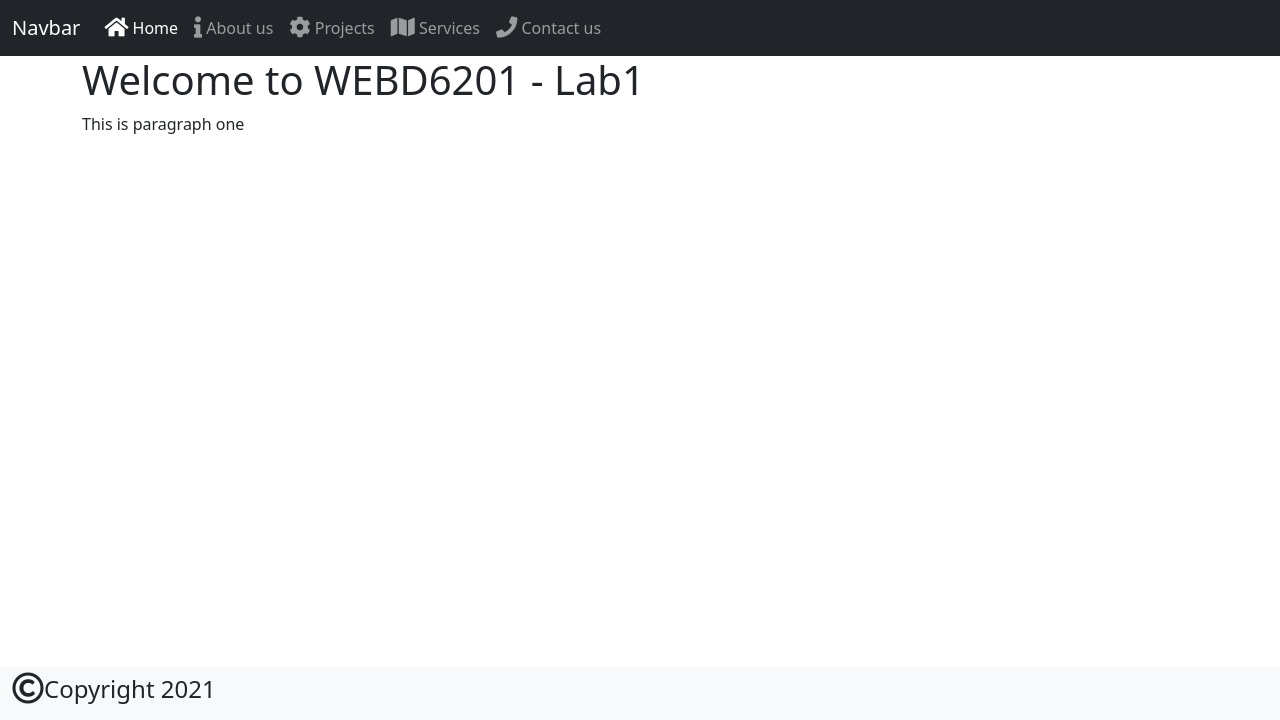
Repository: Hasib001/WEBD6201---W2021---ICE-1
Page: Services.html
The author's editor kept a copy of each file at every save. The page is drawn from the files as they stood at one save, then again after the next save.
The browser window is 1280 px wide. The pictures show the whole page.

Above is the page before, as saved 2021-02-06 14:21:31.

### Services.html
<!DOCTYPE html>
<html lang="en">
<head>
    <meta charset="UTF-8">
    <meta name="viewport" content="width=device-width, initial-scale=1.0">
    <title>WEBD6201 - W2021 - ICE 1</title>
    <!--CSS Section -->
    <link rel="stylesheet" href="./node_modules/bootstrap/dist/css/bootstrap.min.css">
    <link rel="stylesheet" href="./node_modules/@fortawesome/fontawesome-free/css/all.css">
    <link rel="stylesheet" href="./Content/app.css" >
</head>
<body>

    <header>
        <nav class="navbar navbar-expand-lg navbar-dark bg-dark">
            <div class="container-fluid">
              <a class="navbar-brand" href="#">Navbar</a>
              <button class="navbar-toggler" type="button" data-bs-toggle="collapse" data-bs-target="#navbarSupportedContent" aria-controls="navbarSupportedContent" aria-expanded="false" aria-label="Toggle navigation">
                <span class="navbar-toggler-icon"></span>
              </button>
              <div class="collapse navbar-collapse" id="navbarSupportedContent">
                <ul class="navbar-nav me-auto mb-2 mb-lg-0">
                  <li class="nav-item">
                    <a class="nav-link active" aria-current="page" href="#"><i class="fas fa-home fa-lg"></i> Home</a>
                  </li>

                  <li class="nav-item">
                    <a class="nav-link" aria-current="page" href="#"><i class="fas fa-info fa-lg"></i> About us</a>
                  </li>

                  <li class="nav-item">
                    <a class="nav-link" aria-current="page" href="#"><i class="fas fa-cog fa-lg"></i> Projects</a>
                  </li>

                  <li class="nav-item">
                    <a class="nav-link" aria-current="page" href="#"><i class="fas fa-map fa-lg"></i> Services</a>
                  </li>

                  <li class="nav-item">
                    <a class="nav-link" aria-current="page" href="#"><i class="fas fa-phone fa-lg"></i> Contact us</a>
                  </li>

                </ul>

              </div>
            </div>
          </nav>

    </header>

    <div>
        <main class="container">
            <h1>Welcome to WEBD 6201</h1>
            <p id="paragraphOne"></p>
        </main>
    </div>

    <footer>
        <nav class="navbar fixed-bottom navbar-light bg-light">
            <div class="container-fluid">
              <h4><i class="far fa-copyright fa-lg"></i>Copyright 2021</h4>
            </div>
          </nav>

    </footer>


    <!--JAvascript section-->
    <script src="./node_modules/jquery/dist/jquery.min.js"></script>
    <script src="./node_modules/bootstrap/dist/js/bootstrap.bundle.min.js"></script>
    <script src="./Scripts/app.js" > </script>

</body>
</html>

### Content/app.css
/* css code goes here */

### Scripts/app.js
/* custom javaScript code goes here */

//IIFE - Immediately Invoked Function Expression
//AKA
//closure

"use strict";

(function()
{
    function Start()
    {
        console.log("App Started...");
        let paragraphOneText ="This is a simple site to demonstrate DOM Manipulation for ICE 1";

        let paragraphOneElement=document.getElementById("paragraphOne");

        paragraphOneElement.textContent=paragraphOneText;
        paragraphOneElement.className="fs-5";

        //step 1. document.create element
        let newParagraph = document.createElement("p");
        //step 2. configure element
        newParagraph.setAttribute("id","paragraphTwo");
        newParagraph.textContent="...and this is paragraph two";

        //step 3. select the parent element
        let mainContent = document.getElementsByTagName("main")[0];

        //step 4. Add/Insert the element
        mainContent.appendChild(newParagraph);

        newParagraph.className="fs-6";




        let paragraphDiv = document.createElement('div');
        let paragraphThree = '<p id="paragraphThree" class="fs-7 fw-bold">this is third paragraph</P>';
         paragraphDiv.innerHTML=paragraphThree;


        //insertion before paragraph
        //newParagraph.before(paragraphDiv);


        //insertion after
        newParagraph.after(paragraphDiv);

        //deletion
        //paragraphOneElement.remove();

        //update
        //mainContent.firstElementChild.textContent = "welcome home!";

        mainContent.innerHTML =
        `<h1 id="firstHeading" >Welcome to WEBD6201 - Lab1 </h1>
        <p id="paragraphOne">This is paragraph one</p>
        `








    }

    window.addEventListener("load",Start);
}

)();

Loaded but not shown: node_modules/bootstrap/dist/css/bootstrap.min.css (library); node_modules/@fortawesome/fontawesome-free/css/all.css (library); node_modules/jquery/dist/jquery.min.js (library); node_modules/bootstrap/dist/js/bootstrap.bundle.min.js (library)

After the next save:
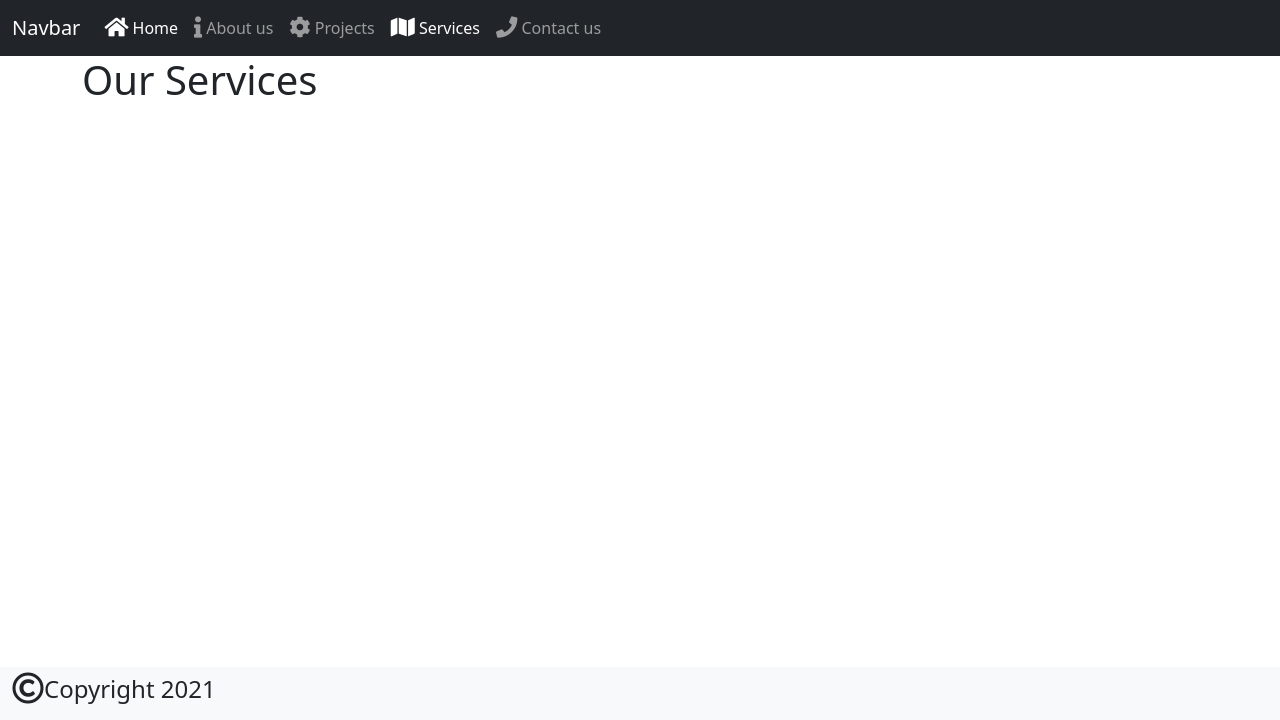
Console error: TypeError: Cannot set properties of null (setting 'textContent')
Saved 7 min 23 s later.
--- a/Services.html
+++ b/Services.html
@@ -3,14 +3,14 @@
 <head>
     <meta charset="UTF-8">
     <meta name="viewport" content="width=device-width, initial-scale=1.0">
-    <title>WEBD6201 - W2021 - ICE 1</title>
+    <title>Services</title>
     <!--CSS Section -->
     <link rel="stylesheet" href="./node_modules/bootstrap/dist/css/bootstrap.min.css">
     <link rel="stylesheet" href="./node_modules/@fortawesome/fontawesome-free/css/all.css">
     <link rel="stylesheet" href="./Content/app.css" >
 </head>
 <body>
-
+  <!-- navigation-->
     <header>
         <nav class="navbar navbar-expand-lg navbar-dark bg-dark">
             <div class="container-fluid">
@@ -21,23 +21,23 @@
               <div class="collapse navbar-collapse" id="navbarSupportedContent">
                 <ul class="navbar-nav me-auto mb-2 mb-lg-0">
                   <li class="nav-item">
-                    <a class="nav-link active" aria-current="page" href="#"><i class="fas fa-home fa-lg"></i> Home</a>
+                    <a class="nav-link active" aria-current="page" href="index.html"><i class="fas fa-home fa-lg"></i> Home</a>
                   </li>
 
                   <li class="nav-item">
-                    <a class="nav-link" aria-current="page" href="#"><i class="fas fa-info fa-lg"></i> About us</a>
+                    <a class="nav-link" aria-current="page" href="About.html"><i class="fas fa-info fa-lg"></i> About us</a>
                   </li>
 
                   <li class="nav-item">
-                    <a class="nav-link" aria-current="page" href="#"><i class="fas fa-cog fa-lg"></i> Projects</a>
+                    <a class="nav-link" aria-current="page" href="Projects.html"><i class="fas fa-cog fa-lg"></i> Projects</a>
                   </li>
 
                   <li class="nav-item">
-                    <a class="nav-link" aria-current="page" href="#"><i class="fas fa-map fa-lg"></i> Services</a>
+                    <a class="nav-link active" aria-current="page" href="Services.html"><i class="fas fa-map fa-lg"></i> Services</a>
                   </li>
 
                   <li class="nav-item">
-                    <a class="nav-link" aria-current="page" href="#"><i class="fas fa-phone fa-lg"></i> Contact us</a>
+                    <a class="nav-link" aria-current="page" href="Contact.html"><i class="fas fa-phone fa-lg"></i> Contact us</a>
                   </li>
 
                 </ul>
@@ -48,13 +48,15 @@
 
     </header>
 
+    <!--main content-->
     <div>
         <main class="container">
-            <h1>Welcome to WEBD 6201</h1>
-            <p id="paragraphOne"></p>
+            <h1>Our Services</h1>
+
         </main>
     </div>
 
+    <!--main footer-->
     <footer>
         <nav class="navbar fixed-bottom navbar-light bg-light">
             <div class="container-fluid">
